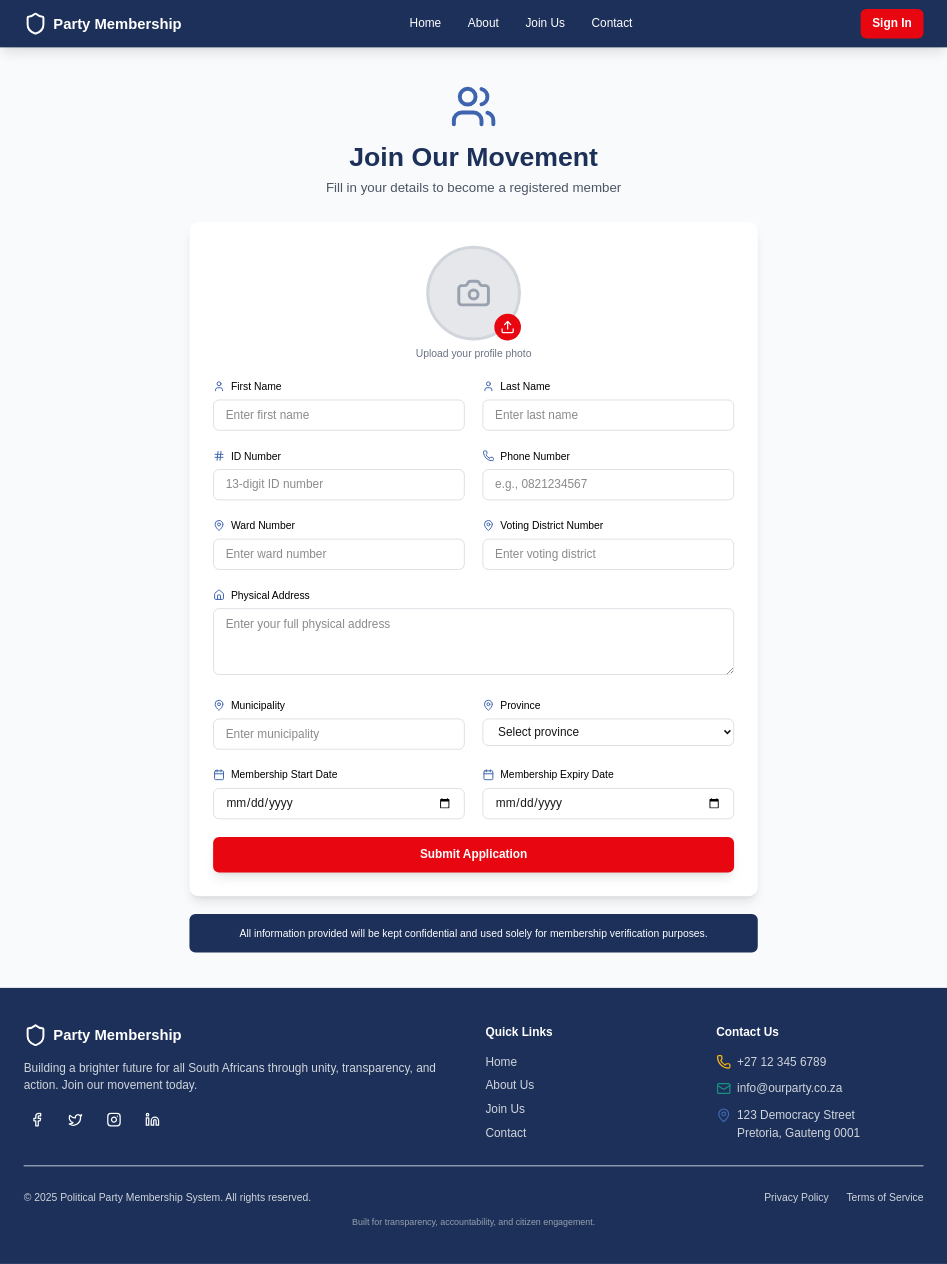
Repository: lettimaks-cyber/members
Page: /join
An editor plug-in stored every save of this project. The page is shown before and after the next save, followed by the edit.
The browser window is 1280 px wide. The pictures show the whole page, at 74% of full size.
The page's requests for data from a server got no answer. The project was rebuilt for these pictures with package versions that can differ from the ones it lists, and the page was loaded fresh each time. Some packages were replaced by stand-ins written for this rebuild. The framework's server and built-in components were replaced by stand-ins that run in the browser. No one was signed in, and anything a server would have sent is missing. Also part of the build but not shown: next.config.ts.

Above is the page before, as saved 2025-11-15 23:17:34.

### src/app/layout.tsx
import React from 'react';
import { ClerkProvider } from '@clerk/nextjs';
import Navbar from '@/components/Navbar';
import Footer from '@/components/Footer';
import './styles/globals.css';

export const metadata = {
  title: 'Political Party Membership System',
  description: 'Join our movement and make a difference',
};

export default function RootLayout({
  children,
}: {
  children: React.ReactNode;
}) {
  return (
    <ClerkProvider>
      <html lang="en">
        <body className="min-h-screen flex flex-col">
          <Navbar />
          <main className="flex-grow">
            {children}
          </main>
          <Footer />
        </body>
      </html>
    </ClerkProvider>
  );
}

### src/app/join/page.tsx
'use client';

import React, { useState } from 'react';
import { useRouter } from 'next/navigation';
import { Users, Upload, Camera, User, Hash, Phone, MapPin, Home, Calendar } from 'lucide-react';

export default function JoinPage() {
  const router = useRouter();

  const [formData, setFormData] = useState({
    firstName: '',
    lastName: '',
    idNumber: '',
    phoneNumber: '',
    wardNumber: '',
    votingDistrict: '',
    physicalAddress: '',
    municipality: '',
    province: '',
    membershipStart: '',
    membershipExpiry: '',
    profileImage: null as File | null
  });

  const [imagePreview, setImagePreview] = useState<string | null>(null);
  const [isSubmitting, setIsSubmitting] = useState(false);

  const provinces = [
    'Eastern Cape', 'Free State', 'Gauteng', 'KwaZulu-Natal',
    'Limpopo', 'Mpumalanga', 'Northern Cape', 'North West', 'Western Cape'
  ];

  const handleChange = (
    e: React.ChangeEvent<HTMLInputElement | HTMLTextAreaElement | HTMLSelectElement>
  ) => {
    const { name, value } = e.target;
    setFormData(prev => ({ ...prev, [name]: value }));
  };

  const handleImageUpload = (e: React.ChangeEvent<HTMLInputElement>) => {
    const file = e.target.files?.[0];
    if (file) {
      setFormData(prev => ({ ...prev, profileImage: file }));
      const reader = new FileReader();
      reader.onloadend = () => setImagePreview(reader.result as string);
      reader.readAsDataURL(file);
    }
  };

  const handleSubmit = async (e: React.FormEvent) => {
    e.preventDefault();
    setIsSubmitting(true);

    // Simulate API call
    setTimeout(() => {
      router.push('/join/success');
    }, 1500);
  };

  return (
    <div className="min-h-screen bg-gray-50 py-12 px-4 sm:px-6 lg:px-8">
      <div className="max-w-3xl mx-auto">

        {/* Header */}
        <div className="text-center mb-8">
          <Users className="w-16 h-16 mx-auto mb-4" style={{ color: '#3f64af' }} />
          <h1 className="text-4xl font-bold mb-2" style={{ color: '#1c3059' }}>
            Join Our Movement
          </h1>
          <p className="text-gray-600 text-lg">
            Fill in your details to become a registered member
          </p>
        </div>

        <div className="bg-white rounded-xl shadow-lg p-8">
          <form onSubmit={handleSubmit} className="space-y-6">

            {/* Profile Image Upload */}
            <div className="flex flex-col items-center mb-6">
              <div className="relative">
                {imagePreview ? (
                  <img
                    src={imagePreview}
                    alt="Profile preview"
                    className="w-32 h-32 rounded-full object-cover border-4"
                    style={{ borderColor: '#3f64af' }}
                  />
                ) : (
                  <div className="w-32 h-32 rounded-full bg-gray-200 flex items-center justify-center border-4 border-gray-300">
                    <Camera className="w-12 h-12 text-gray-400" />
                  </div>
                )}
                <label
                  className="absolute bottom-0 right-0 rounded-full p-2 cursor-pointer hover:opacity-90 transition"
                  style={{ backgroundColor: '#e80611' }}
                >
                  <Upload className="w-5 h-5 text-white" />
                  <input
                    type="file"
                    accept="image/*"
                    onChange={handleImageUpload}
                    className="hidden"
                  />
                </label>
              </div>
              <p className="text-sm text-gray-500 mt-2">Upload your profile photo</p>
            </div>

            {/* Personal Information */}
            <div className="grid md:grid-cols-2 gap-6">
              {/* First Name */}
              <div>
                <label className="flex items-center text-sm font-medium text-black mb-2">
                  <User className="w-4 h-4 mr-2" style={{ color: '#3f64af' }} />
                  First Name
                </label>
                <input
                  type="text"
                  name="firstName"
                  value={formData.firstName}
                  onChange={handleChange}
                  required
                  className="w-full px-4 py-2 border border-gray-300 rounded-lg focus:ring-2 focus:ring-blue-500"
                  placeholder="Enter first name"
                />
              </div>

              {/* Last Name */}
              <div>
                <label className="flex items-center text-sm font-medium text-black mb-2">
                  <User className="w-4 h-4 mr-2" style={{ color: '#3f64af' }} />
                  Last Name
                </label>
                <input
                  type="text"
                  name="lastName"
                  value={formData.lastName}
                  onChange={handleChange}
                  required
                  className="w-full px-4 py-2 border border-gray-300 rounded-lg focus:ring-2 focus:ring-blue-500"
                  placeholder="Enter last name"
                />
              </div>

              {/* ID Number */}
              <div>
                <label className="flex items-center text-sm font-medium text-black mb-2">
                  <Hash className="w-4 h-4 mr-2" style={{ color: '#3f64af' }} />
                  ID Number
                </label>
                <input
                  type="text"
                  name="idNumber"
                  value={formData.idNumber}
                  onChange={handleChange}
                  required
                  maxLength={13}
                  className="w-full px-4 py-2 border border-gray-300 rounded-lg focus:ring-2 focus:ring-blue-500"
                  placeholder="13-digit ID number"
                />
              </div>

              {/* Phone */}
              <div>
                <label className="flex items-center text-sm font-medium text-black mb-2">
                  <Phone className="w-4 h-4 mr-2" style={{ color: '#3f64af' }} />
                  Phone Number
                </label>
                <input
                  type="tel"
                  name="phoneNumber"
                  value={formData.phoneNumber}
                  onChange={handleChange}
                  required
                  className="w-full px-4 py-2 border border-gray-300 rounded-lg focus:ring-2 focus:ring-blue-500"
                  placeholder="e.g., 0821234567"
                />
              </div>

              {/* Ward Number */}
              <div>
                <label className="flex items-center text-sm font-medium text-black mb-2">
                  <MapPin className="w-4 h-4 mr-2" style={{ color: '#3f64af' }} />
                  Ward Number
                </label>
                <input
                  type="text"
                  name="wardNumber"
                  value={formData.wardNumber}
                  onChange={handleChange}
                  required
                  className="w-full px-4 py-2 border border-gray-300 rounded-lg focus:ring-2 focus:ring-blue-500"
                  placeholder="Enter ward number"
                />
              </div>

              {/* Voting District */}
              <div>
                <label className="flex items-center text-sm font-medium text-black mb-2">
                  <MapPin className="w-4 h-4 mr-2" style={{ color: '#3f64af' }} />
                  Voting District Number
                </label>
                <input
                  type="text"
                  name="votingDistrict"
                  value={formData.votingDistrict}
                  onChange={handleChange}
                  required
                  className="w-full px-4 py-2 border border-gray-300 rounded-lg focus:ring-2 focus:ring-blue-500"
                  placeholder="Enter voting district"
                />
              </div>
            </div>

            {/* Address */}
            <div>
              <label className="flex items-center text-sm font-medium text-black mb-2">
                <Home className="w-4 h-4 mr-2" style={{ color: '#3f64af' }} />
                Physical Address
              </label>
              <textarea
                name="physicalAddress"
                value={formData.physicalAddress}
                onChange={handleChange}
                required
                rows={3}
                className="w-full px-4 py-2 border border-gray-300 rounded-lg focus:ring-2 focus:ring-blue-500"
                placeholder="Enter your full physical address"
              />
            </div>

            {/* Municipality + Province */}
            <div className="grid md:grid-cols-2 gap-6">
              <div>
                <label className="flex items-center text-sm font-medium text-black mb-2">
                  <MapPin className="w-4 h-4 mr-2" style={{ color: '#3f64af' }} />
                  Municipality
                </label>
                <input
                  type="text"
                  name="municipality"
                  value={formData.municipality}
                  onChange={handleChange}
                  required
                  className="w-full px-4 py-2 border border-gray-300 rounded-lg focus:ring-2 focus:ring-blue-500"
                  placeholder="Enter municipality"
                />
              </div>

              <div>
                <label className="flex items-center text-sm font-medium text-black mb-2">
                  <MapPin className="w-4 h-4 mr-2" style={{ color: '#3f64af' }} />
                  Province
                </label>
                <select
                  name="province"
                  value={formData.province}
                  onChange={handleChange}
                  required
                  className="w-full px-4 py-2 border border-gray-300 rounded-lg focus:ring-2 focus:ring-blue-500"
                >
                  <option value="">Select province</option>
                  {provinces.map(p => (
                    <option key={p} value={p}>{p}</option>
                  ))}
                </select>
              </div>
            </div>

            {/* Dates */}
            <div className="grid md:grid-cols-2 gap-6">
              <div>
                <label className="flex items-center text-sm font-medium text-black mb-2">
                  <Calendar className="w-4 h-4 mr-2" style={{ color: '#3f64af' }} />
                  Membership Start Date
                </label>
                <input
                  type="date"
                  name="membershipStart"
                  value={formData.membershipStart}
                  onChange={handleChange}
                  required
                  className="w-full px-4 py-2 border border-gray-300 rounded-lg focus:ring-2 focus:ring-blue-500"
                />
              </div>

              <div>
                <label className="flex items-center text-sm font-medium text-black mb-2">
                  <Calendar className="w-4 h-4 mr-2" style={{ color: '#3f64af' }} />
                  Membership Expiry Date
                </label>
                <input
                  type="date"
                  name="membershipExpiry"
                  value={formData.membershipExpiry}
                  onChange={handleChange}
                  required
                  className="w-full px-4 py-2 border border-gray-300 rounded-lg focus:ring-2 focus:ring-blue-500"
                />
              </div>
            </div>

            {/* Submit */}
            <button
              type="submit"
              disabled={isSubmitting}
              className="w-full py-3 rounded-lg font-semibold text-white transition transform hover:scale-105 shadow-lg disabled:opacity-50 disabled:cursor-not-allowed"
              style={{ backgroundColor: '#e80611' }}
            >
              {isSubmitting ? 'Submitting...' : 'Submit Application'}
            </button>
          </form>
        </div>

        <div className="mt-6 p-4 rounded-lg" style={{ backgroundColor: '#1c3059' }}>
          <p className="text-white text-sm text-center">
            All information provided will be kept confidential and used solely for membership verification purposes.
          </p>
        </div>
      </div>
    </div>
  );
}

### src/components/Navbar.tsx
'use client';

import React, { useState } from 'react';
import Link from 'next/link';
import { usePathname } from 'next/navigation';
import { Shield, Menu, X, UserCircle } from 'lucide-react';
import { SignInButton, SignedIn, SignedOut, UserButton } from '@clerk/nextjs';

export default function Navbar() {
  const [isMenuOpen, setIsMenuOpen] = useState(false);
  const pathname = usePathname();

  const isActive = (path: string) => {
    return pathname === path;
  };

  const navLinks = [
    { href: '/', label: 'Home' },
    { href: '/about', label: 'About' },
    { href: '/join', label: 'Join Us' },
    { href: '/contact', label: 'Contact' },
  ];

  return (
    <nav className="shadow-lg sticky top-0 z-50" style={{ backgroundColor: '#1c3059' }}>
      <div className="max-w-7xl mx-auto px-4 sm:px-6 lg:px-8">
        <div className="flex justify-between items-center h-16">
          {/* Logo and Brand */}
          <Link href="/" className="flex items-center space-x-2 hover:opacity-80 transition">
            <Shield className="w-8 h-8 text-white" />
            <span className="font-bold text-xl text-white hidden sm:block">
              Party Membership
            </span>
          </Link>

          {/* Desktop Navigation */}
          <div className="hidden md:flex items-center space-x-1">
            {navLinks.map((link) => (
              <Link
                key={link.href}
                href={link.href}
                className={`px-4 py-2 rounded-lg text-white font-medium transition ${
                  isActive(link.href)
                    ? ' text-black bg-opacity-20'
                    : 'hover:bg-white hover:text-black text-black hover:bg-opacity-10'
                }`}
              >
                {link.label}
              </Link>
            ))}
          </div>

          {/* Auth Buttons */}
          <div className="hidden md:flex items-center space-x-4">
            <SignedOut>
              <SignInButton mode="modal">
                <button
                  className="px-4 py-2 rounded-lg font-semibold text-white transition hover:opacity-90"
                  style={{ backgroundColor: '#e80611' }}
                >
                  Sign In
                </button>
              </SignInButton>
            </SignedOut>
            <SignedIn>
              <Link
                href="/dashboard"
                className="px-4 py-2 rounded-lg font-semibold transition hover:opacity-90"
                style={{
                  backgroundColor: '#1a917f',
                  color: '#ffffff'
                }}
              >
                Dashboard
              </Link>
              <UserButton afterSignOutUrl="/" />
            </SignedIn>
          </div>

          {/* Mobile Menu Button */}
          <button
            onClick={() => setIsMenuOpen(!isMenuOpen)}
            className="md:hidden p-2 rounded-lg hover:bg-white hover:bg-opacity-10 transition"
          >
            {isMenuOpen ? (
              <X className="w-6 h-6 text-white" />
            ) : (
              <Menu className="w-6 h-6 text-white" />
            )}
          </button>
        </div>
      </div>

      {/* Mobile Menu */}
      {isMenuOpen && (
        <div className="md:hidden border-t border-white border-opacity-20">
          <div className="px-4 py-4 space-y-2">
            {navLinks.map((link) => (
              <Link
                key={link.href}
                href={link.href}
                onClick={() => setIsMenuOpen(false)}
                className={`block px-4 py-2 rounded-lg text-white font-medium transition ${
                  isActive(link.href)
                    ? 'bg-white bg-opacity-20'
                    : 'hover:bg-white hover:bg-opacity-10'
                }`}
              >
                {link.label}
              </Link>
            ))}

            <div className="pt-4 border-t border-white border-opacity-20">
              <SignedOut>
                <SignInButton mode="modal">
                  <button
                    className="w-full px-4 py-2 rounded-lg font-semibold text-white transition hover:opacity-90"
                    style={{ backgroundColor: '#e80611' }}
                  >
                    Sign In
                  </button>
                </SignInButton>
              </SignedOut>
              <SignedIn>
                <Link
                  href="/dashboard"
                  onClick={() => setIsMenuOpen(false)}
                  className="block w-full px-4 py-2 rounded-lg font-semibold text-center transition hover:opacity-90"
                  style={{
                    backgroundColor: '#1a917f',
                    color: '#ffffff'
                  }}
                >
                  Dashboard
                </Link>
                <div className="mt-2 flex justify-center">
                  <UserButton afterSignOutUrl="/" />
                </div>
              </SignedIn>
            </div>
          </div>
        </div>
      )}
    </nav>
  );
}

Loaded but not shown: src/app/styles/globals.css (common file); src/components/Footer.tsx (131 lines, source omitted)

After the next save:
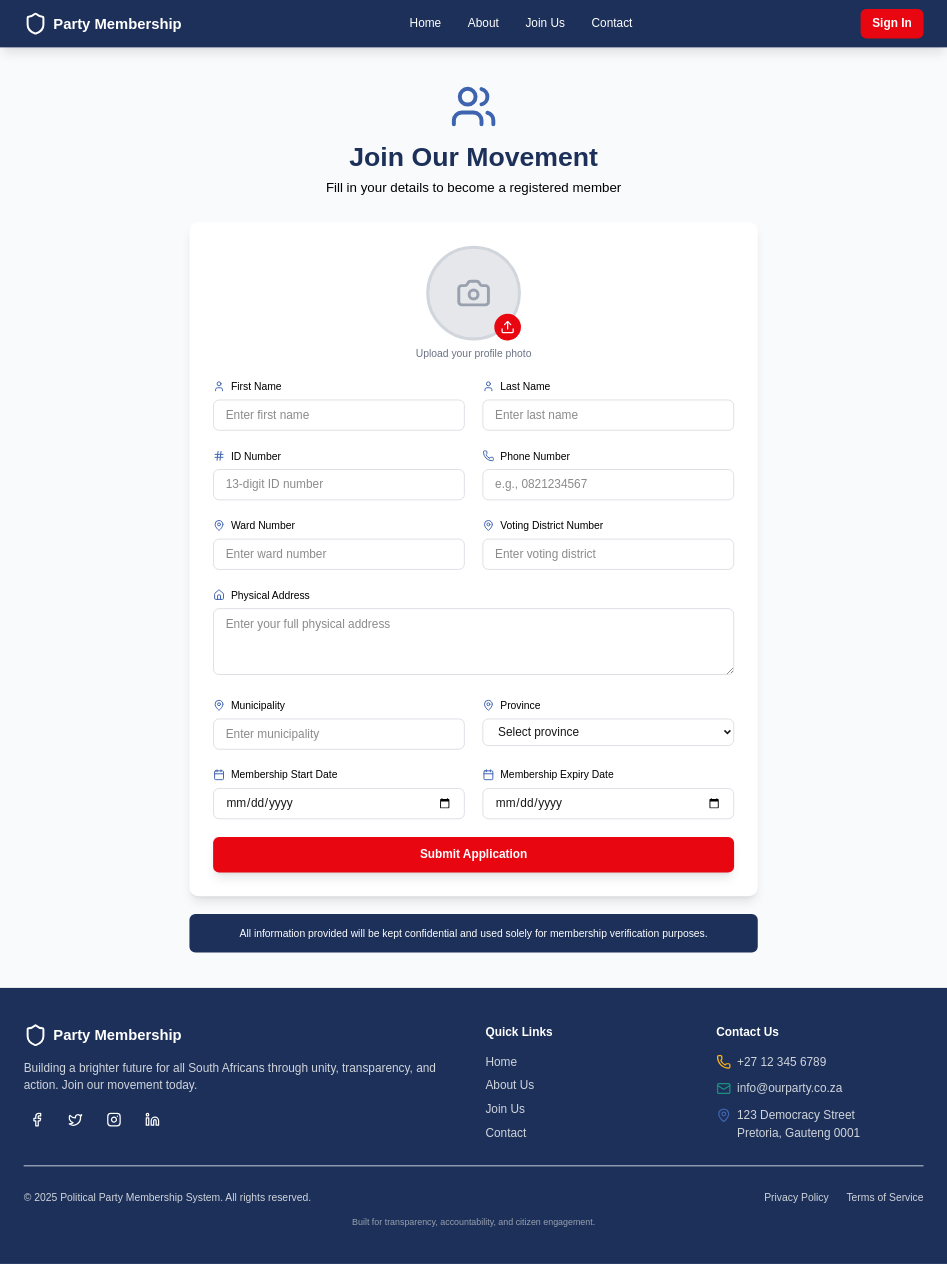
Saved 29 s later.
--- a/src/app/join/page.tsx
+++ b/src/app/join/page.tsx
@@ -67,7 +67,7 @@ export default function JoinPage() {
           <h1 className="text-4xl font-bold mb-2" style={{ color: '#1c3059' }}>
             Join Our Movement
           </h1>
-          <p className="text-gray-600 text-lg">
+          <p className="text-black text-lg">
             Fill in your details to become a registered member
           </p>
         </div>
